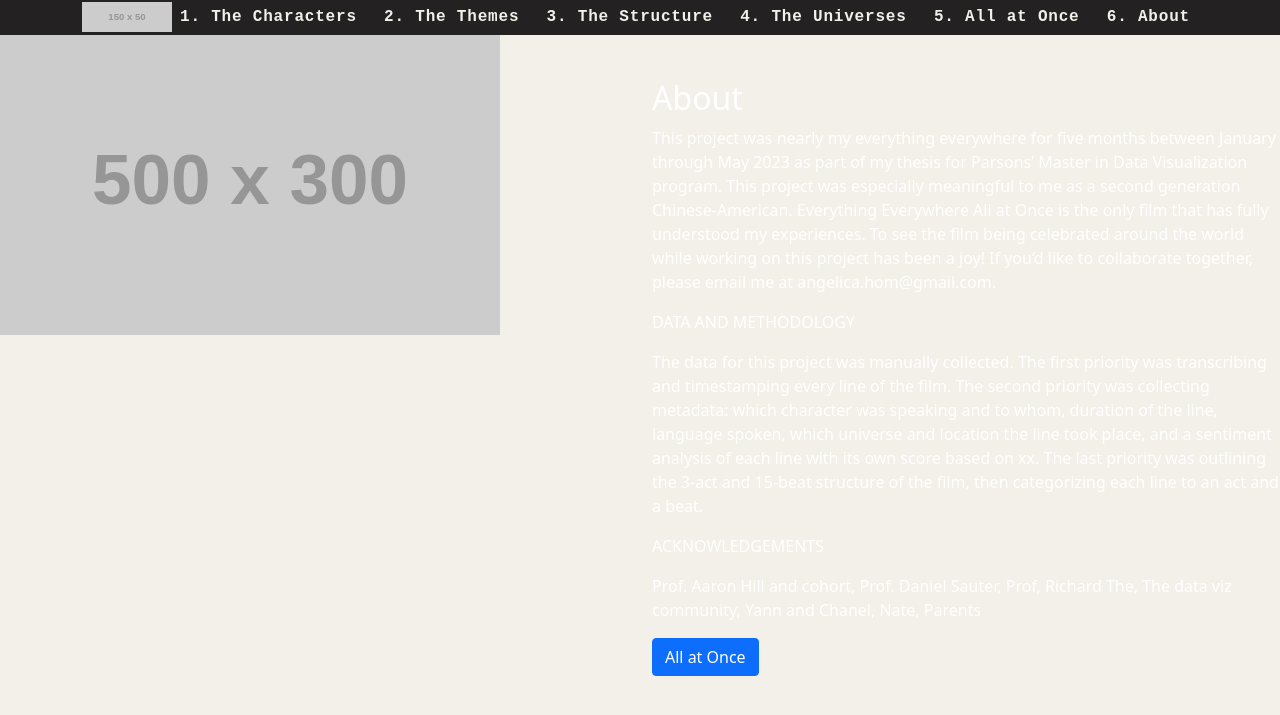
Repository: angelica-hom/msdv-thesis
Page: about.html
The author's editor kept a record of every edit. The page is drawn from the files as they stood at one moment, then again after the next edit.
The browser window is 1280 px wide. The pictures show the whole page.

Above is the page before.

After the next edit:
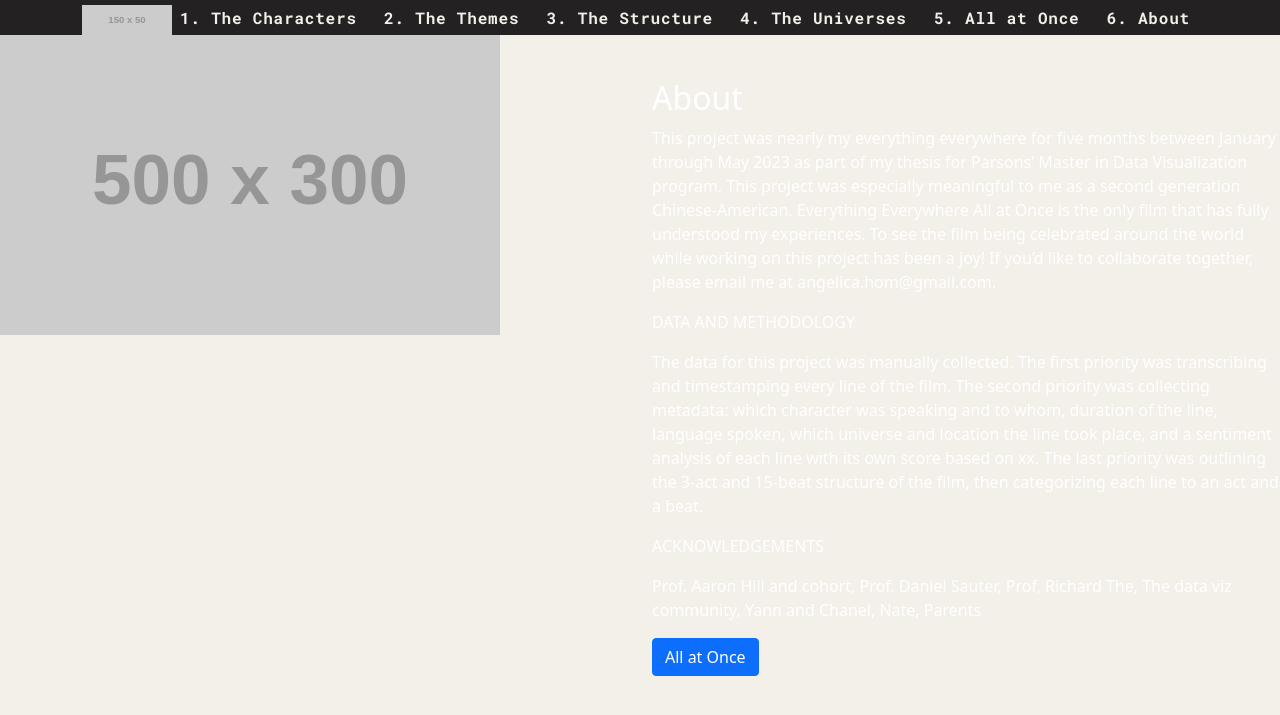
The edit:
--- a/about.css
+++ b/about.css
@@ -1,4 +1,5 @@
 @import url('https://fonts.googleapis.com/css2?family=Roboto+Flex:wght@100;200;300;400;500;600;700;800;900;1000&display=swap');
+@import url('https://fonts.googleapis.com/css2?family=Roboto+Mono:ital,wght@0,100;0,200;0,300;0,400;0,500;0,600;0,700;1,100;1,200;1,300;1,400;1,500;1,600;1,700&display=swap');
 
 body, html {
     margin: 0;
